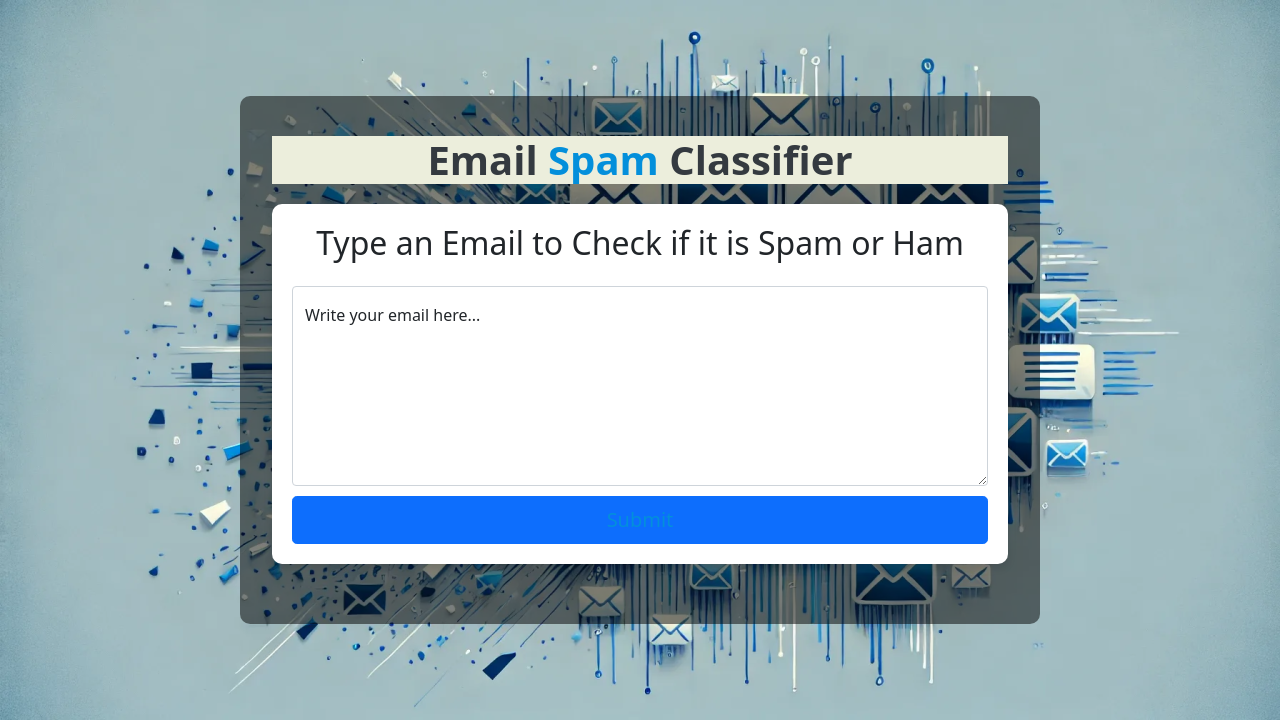
Repository: Pradnya-07/Spam_Email_Detection
Page: templates/index.html
These files come from the project's save history. The page is drawn as it stood at one moment and after the next save; the edit follows.
The browser window is 1280 px wide. The pictures show the whole page.
The page is served by the project's application, run on Flask 3 (app.py). The template is opened directly, without the code that normally fills it, so the values that code supplies are empty.

Above is the page before, as saved 2025-05-02 16:11:47.

### templates/index.html
<!doctype html>
<html lang="en">

<head>
  <!-- Required meta tags -->
  <meta charset="utf-8">
  <meta name="viewport" content="width=device-width, initial-scale=1">

  <!-- Bootstrap CSS -->
  <link href="https://cdn.jsdelivr.net/npm/bootstrap@5.0.0-beta2/dist/css/bootstrap.min.css" rel="stylesheet"
    integrity="sha384-BmbxuPwQa2lc/FVzBcNJ7UAyJxM6wuqIj61tLrc4wSX0szH/Ev+nYRRuWlolflfl" crossorigin="anonymous">

  <title>Email Spam Classifier</title>

  <style>
   .background {
    background-image: url("{{ url_for('static', filename='images/spamimg.png') }}");
    background-size: cover;
    background-position: center;
    height: 100vh;
    display: flex;
    justify-content: center;
    align-items: center;
  }

  .content {
      background-color: rgba(0, 0, 0, 0.5);
      padding: 20px;
      border-radius: 10px;
      width: 80%;
      max-width: 800px;
    }

    .navbar {
      margin-bottom: 20px;
    }

    .form-container {
      max-width: 800px;
      margin: auto;
      background: #ffffff;
      padding: 20px;
      border-radius: 10px;
      box-shadow: 0 4px 8px rgba(0, 0, 0, 0.1);
    }

    .btn-primary {
      margin-top: 10px;
      transition: background-color 0.3s ease;
    }

    .btn-primary:hover {
      background-color: #0056b3;
    }

    .page-title {
      text-align: center;
      font-size: 2.5rem;
      font-weight: bold;
      color: #343a40;
      margin-top: 20px;
      margin-bottom: 20px;
      background-color: #eceedc;
    }

    .page-title span {
      color: #038fdb;
    }

    .container {

      margin-bottom: 40px;
    }

    .spam-image {
      max-width: 100%;
      height: auto;
      margin-top: 20px;
      border: 1px solid #ddd;
      border-radius: 4px;
    }

    body,
    html {
      margin: 0;
      padding: 0;
      height: 100%;
    }


  </style>
</head>

<body>

  <div class="background">
    <div class="content">

      <!-- Title -->
      <div class="container">

        <h1 class="page-title">Email <span>Spam</span> Classifier</h1>


        <!-- Input form -->
        <div class="form-container">
          <h2 class="text-center mb-4">Type an Email to Check if it is Spam or Ham</h2>

          <form action="/" method="POST">
            <div class="form-floating">
              <textarea class="form-control" placeholder="Write your mail here.." id="email" name="email"
                style="height: 200px"></textarea>
              <label for="email">Write your email here...</label>
            </div>
            <button class="w-100 btn btn-lg btn-primary" style=" color: #038fdb;">Submit</button>
          </form>
        </div>
      </div>
    </div>
  </div>
</body>

</html>

### app.py
from flask import Flask
from flask import render_template,request

app = Flask(__name__)


@app.route("/")
def home():
    content = 'Flask-Jinja-Test'
    return render_template(
        "hello.html",
        title='Hello',
        content=content
    )


@app.route('/', methods=["GET", "POST"])
def main_function():
    if request.method == "POST":
        text = request.form
        emails = text['email']
        output = "Received: " + emails
        return render_template("show.html", prediction=output)
    else:
        return render_template("index.html")

@app.route("/handled")
def bad_route_handled():
    try:
        raise ArithmeticError('Hello')
    except Exception:
        pass
    return render_template(
        "hello.html",
        title='Hello',
        content='Flask-Jinja-Test'
    )


@app.route("/unhandled")
def bad_route_unhandled():
    raise ArithmeticError('Hello')
    return render_template(
        "hello.html",
        title='Hello',
        content='Flask-Jinja-Test'
    )


@app.route("/bad_template")
def bad_template():
    return render_template(
        "bad.html",
        title='Bad',
       content='Flask-Jinja-Test'
    )


@app.route("/exit")
def exit_app():
    from flask import request
    func = request.environ.get('werkzeug.server.shutdown')
    if func is None:
        raise RuntimeError('No shutdown')
    func()
    return 'Done'


if __name__ == '__main__':
    app.run()

After the next save:
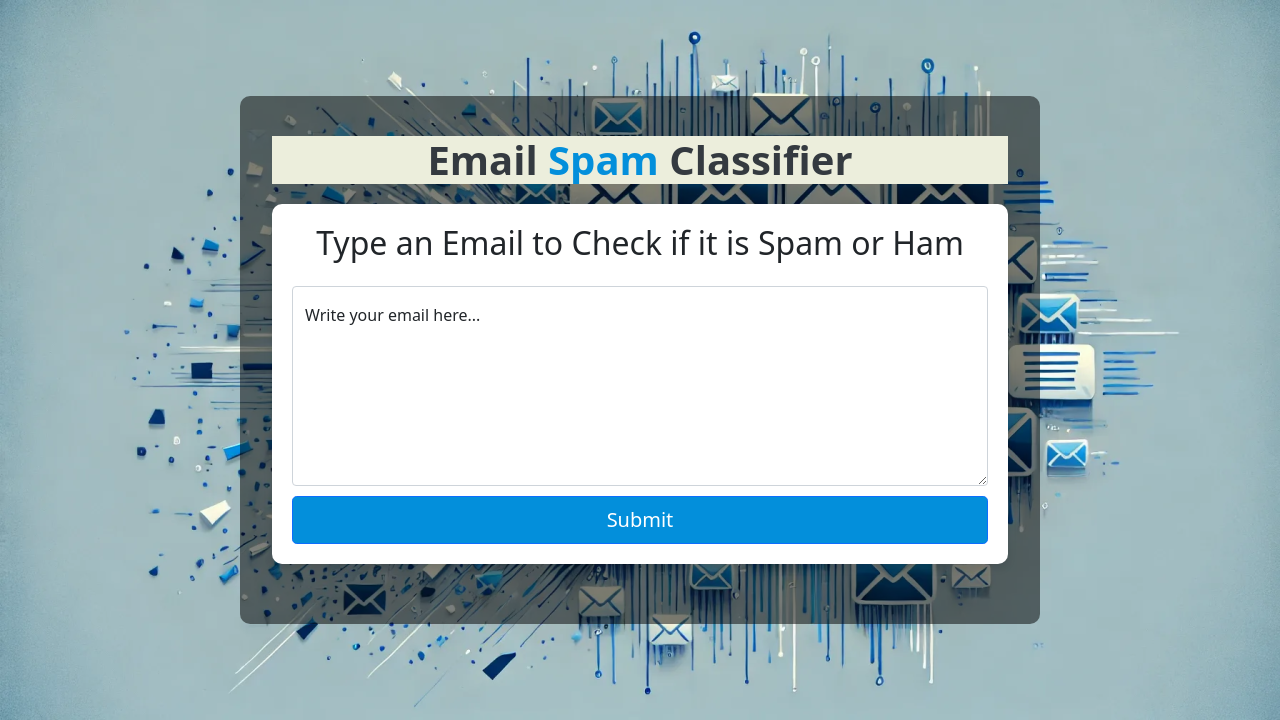
Saved 3 min 15 s later.
--- a/templates/index.html
+++ b/templates/index.html
@@ -112,7 +112,7 @@
                 style="height: 200px"></textarea>
               <label for="email">Write your email here...</label>
             </div>
-            <button class="w-100 btn btn-lg btn-primary" style=" color: #038fdb;">Submit</button>
+            <button class="w-100 btn btn-lg btn-primary" style=" background-color: #038fdb;">Submit</button>
           </form>
         </div>
       </div>
